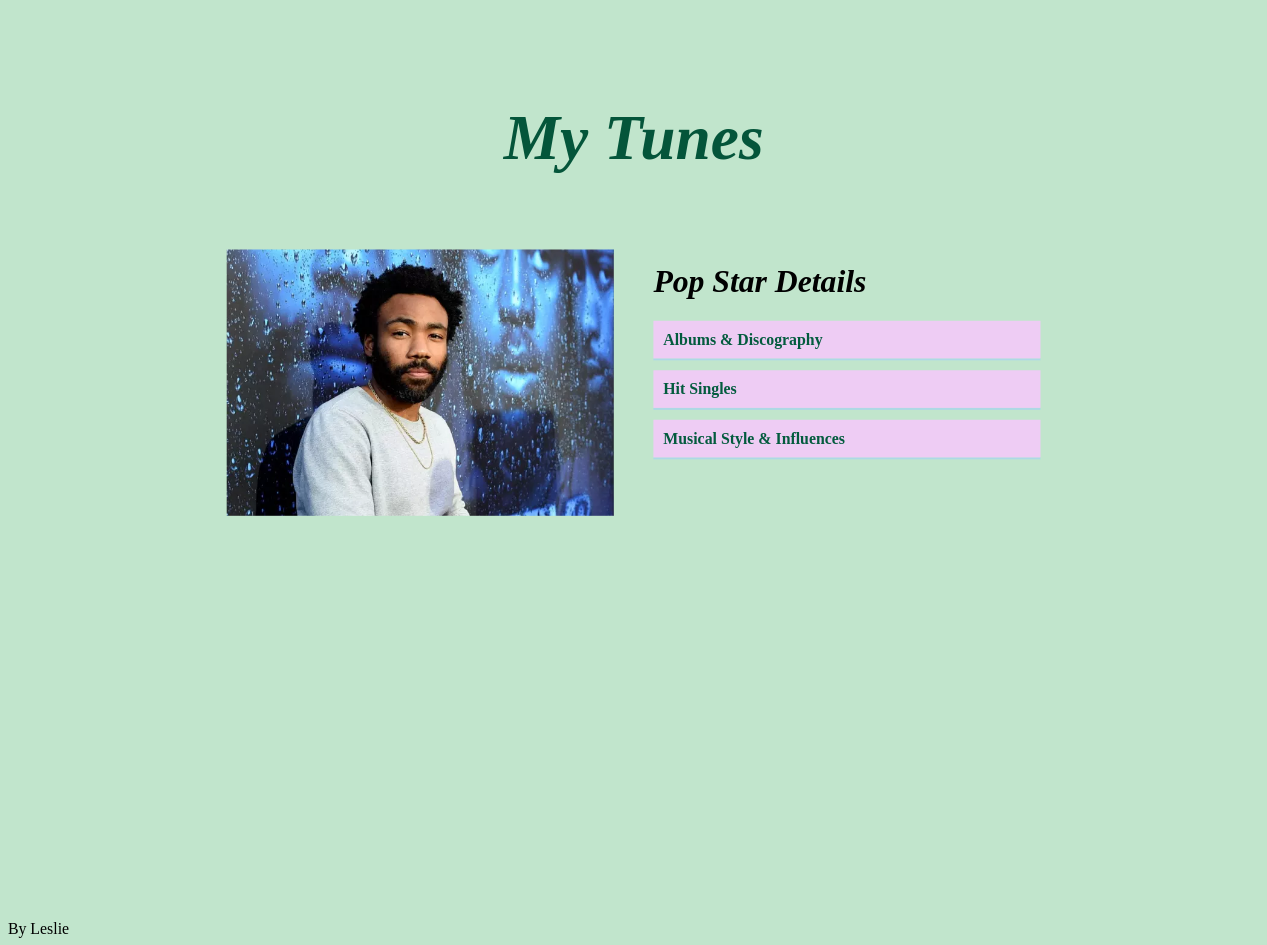
Repository: leslie179/labOne
Page: /
The author's editor kept a copy of each file at every save. The page is drawn from the files as they stood at one save, then again after a run of saves.
The browser window is 1280 px wide. The pictures show the whole page, at 99% of full size.
The project was rebuilt for these pictures with package versions that can differ from the ones it lists, and the page was loaded fresh each time. The framework's server and built-in components were replaced by stand-ins that run in the browser. Also part of the build but not shown: next.config.js, components/Footer/Footer.module.css.

Above is the page before, as saved 2024-09-15 22:46:36.

After the next 2 saves:
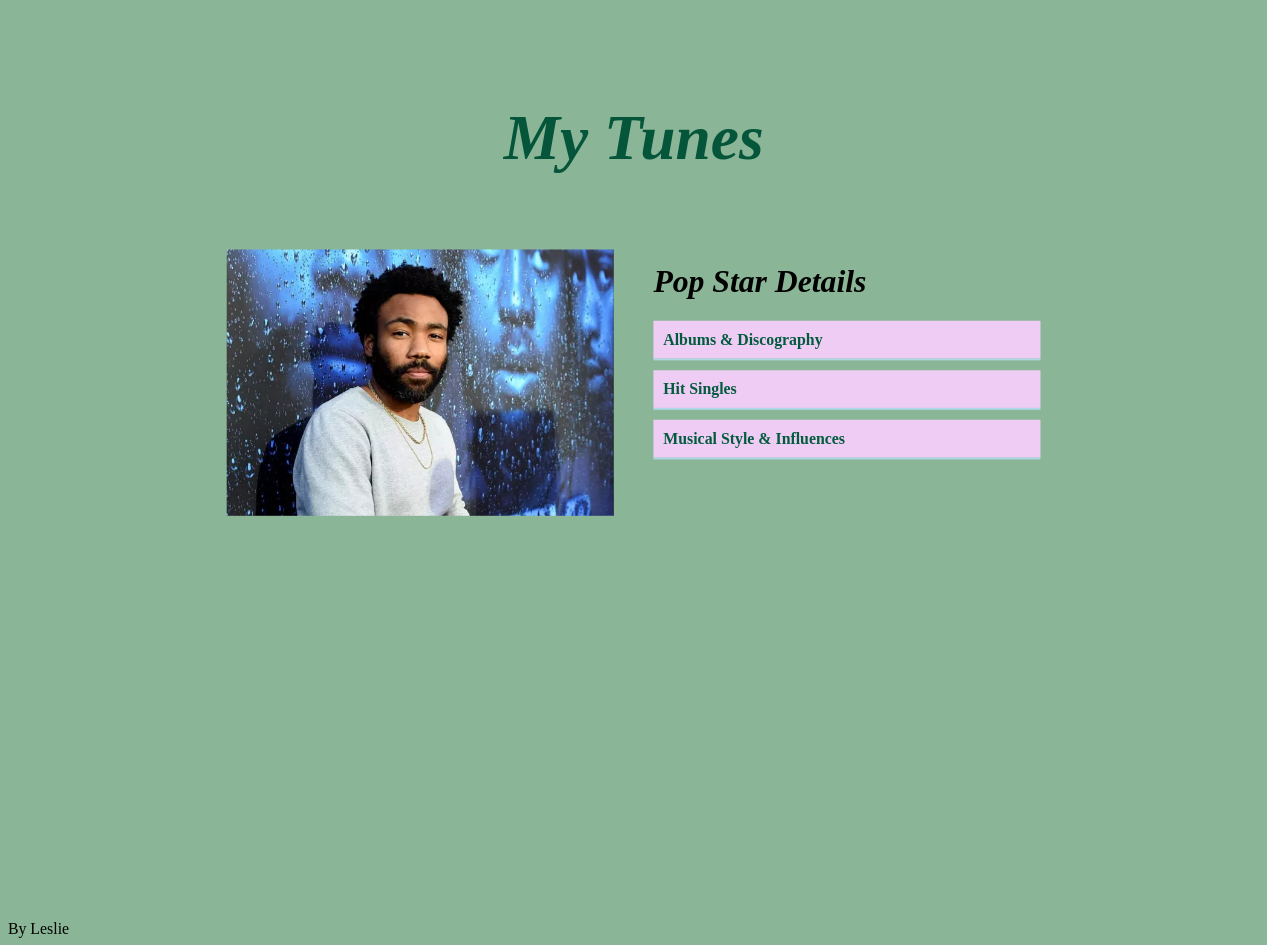
The 2 saves are shown as one change because they came seconds apart.
The last was saved 7 s later.
--- a/styles/globals.css
+++ b/styles/globals.css
@@ -1,5 +1,5 @@
 :root {
-  background-color: rgb(193, 229, 204);
+  background-color: rgb(138, 181, 151);
 
 }
 
